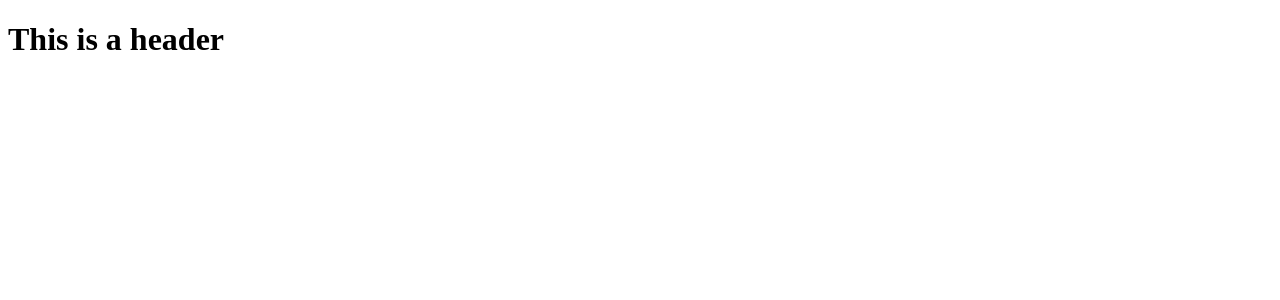
Repository: Ajayakumara/react
Page: index.html
These files come from the project's save history. The page is drawn as it stood at one moment and after the next save; the edit follows.
The browser window is 1280 px wide. The pictures show the whole page.

Above is the page before, as saved 2021-03-09 12:32:29.

### index.html
<!DOCTYPE html>
<html>
    <head></head>

    <body>
        <h1>This is a header</h1>
    </body>
</html>

After the next save:
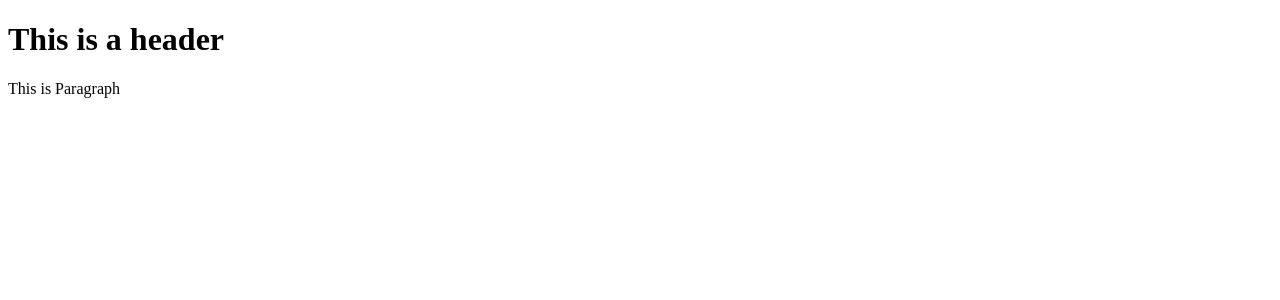
Saved 3 min 28 s later.
--- a/index.html
+++ b/index.html
@@ -4,5 +4,6 @@
 
     <body>
         <h1>This is a header</h1>
+        <p> This is Paragraph</p>
     </body>
 </html>
